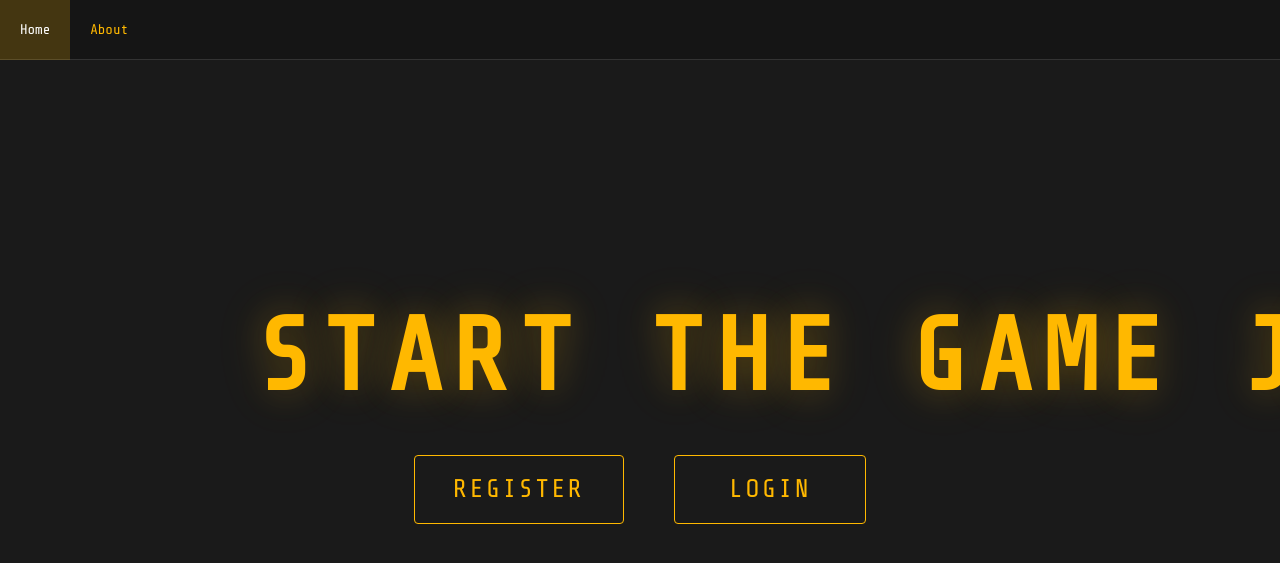
Repository: qqqq121114/se_417
Page: / (app in client/)
An editor plug-in stored every save of this project. The page is shown before and after the next save, followed by the edit.
The browser window is 1280 px wide. The pictures show the whole page.
The project was rebuilt for these pictures with package versions that can differ from the ones it lists, and the page was loaded fresh each time. Also part of the build but not shown: client/vite.config.js.

Above is the page before, as saved 2024-12-08 11:36:30.

After the next save:
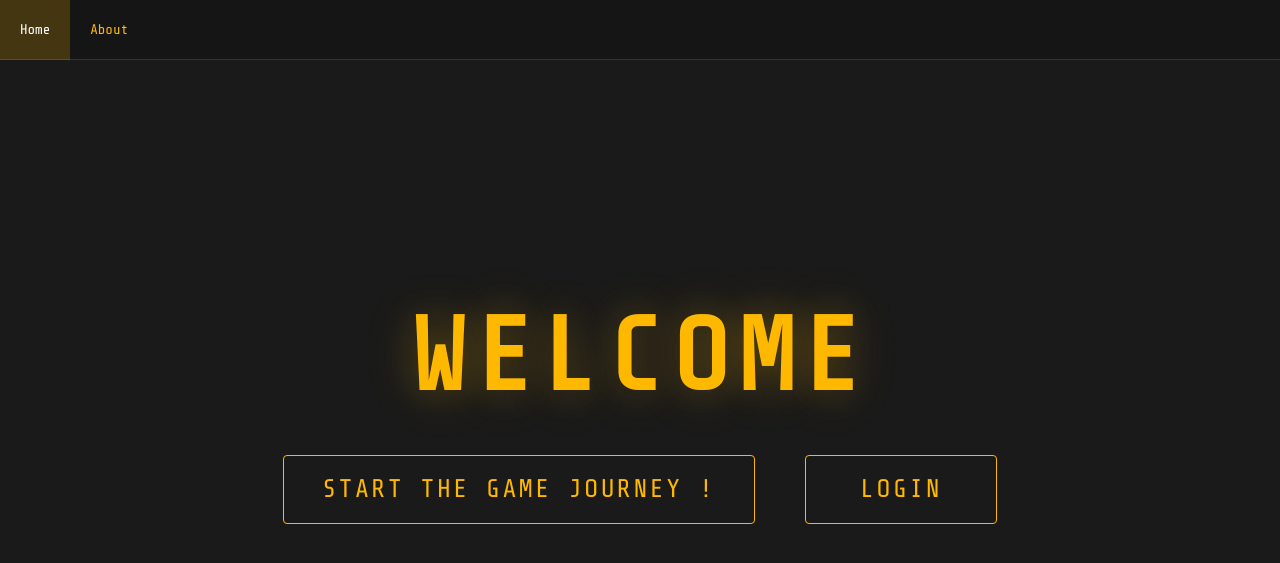
Saved 3 min 38 s later.
--- a/client/src/views/Home.vue
+++ b/client/src/views/Home.vue
@@ -1,9 +1,9 @@
 <template>
   <div class="home">
     <div class="welcome-container">
-      <h1 class="cyber-title noselect">Start The Game Journey !</h1>
+      <h1 class="cyber-title noselect">Welcome</h1>
       <div class="button-group">
-        <el-button class="cyber-button" size="large" @click="$router.push('/register')">REGISTER</el-button>
+        <el-button class="cyber-button" size="large" @click="$router.push('/register')">Start The Game Journey !</el-button>
         <el-button class="cyber-button" size="large">LOGIN</el-button>
       </div>
     </div>
